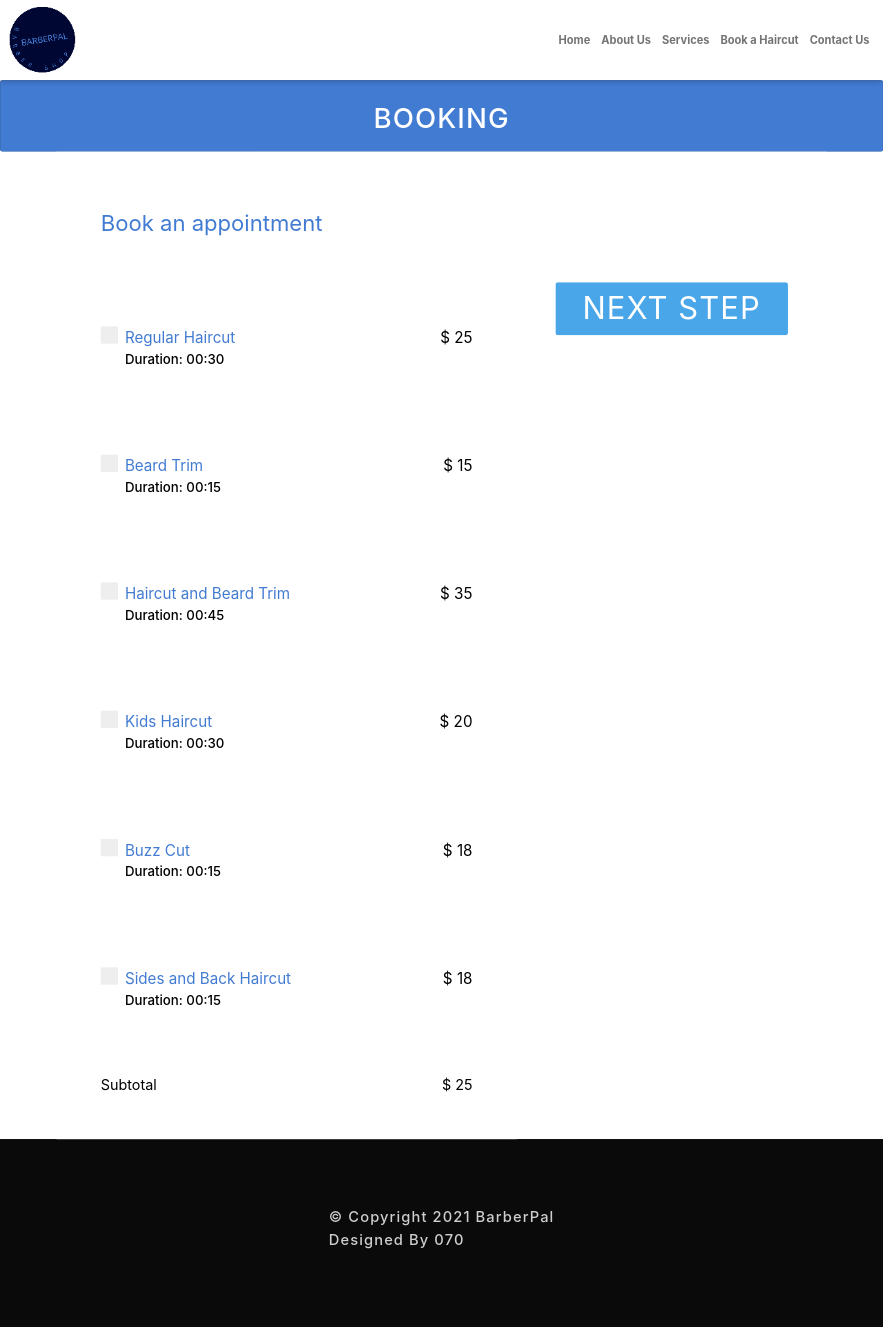
Repository: ofovweewere/haircutPal
Page: /services
These files come from the project's save history. The page is drawn as it stood at one moment and after the next save; the edit follows.
The browser window is 1280 px wide. The pictures show the whole page, at 69% of full size.
The project was rebuilt for these pictures with package versions that can differ from the ones it lists, and the page was loaded fresh each time. Also part of the build but not shown: src/tutorial/0-Practice/bookCut.js, src/tutorial/0-Practice/about.js, src/tutorial/0-Practice/servicesAndProducts.js, src/tutorial/0-Practice/contact.js, src/tutorial/0-Practice/landing.js, src/tutorial/0-Practice/error.js.

Above is the page before, as saved 2022-06-24 14:16:52.

After the next save:
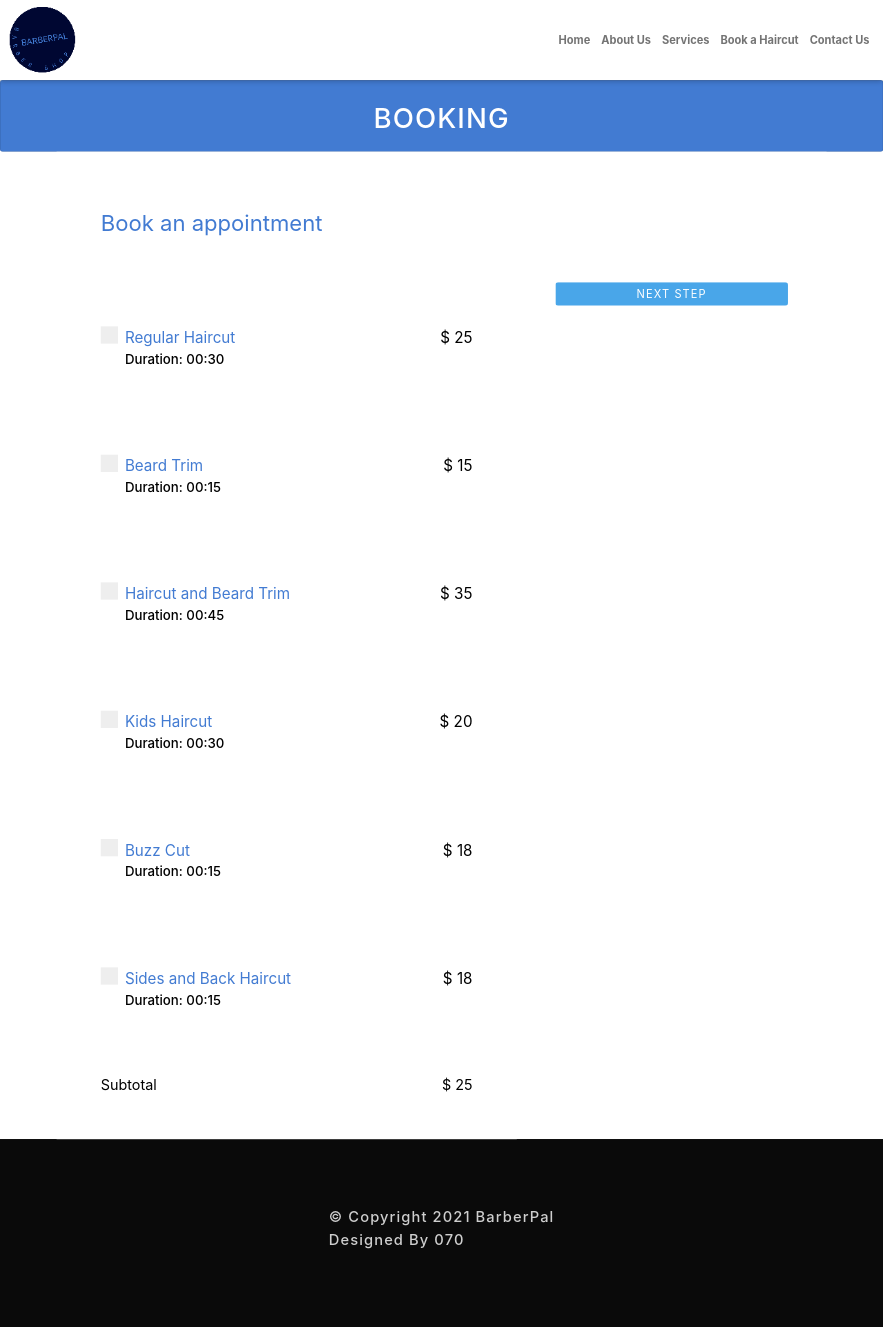
Saved 73 s later.
--- a/src/tutorial/0-Practice/blueButton.js
+++ b/src/tutorial/0-Practice/blueButton.js
@@ -1,6 +1,6 @@
 import React from 'react';
 
-const BlueButton = ({title, description}) => {
+const BlueButton = ({title, textSize, description}) => {
 
 
   return (
@@ -37,7 +37,7 @@ const BlueButton = ({title, description}) => {
               <tbody>
                 <tr class="smallTextTwo" style={{ color: 'black', fontWeight: 'normal' }}>
                   <td style={{display:'flex'}}>
-                     <button className="btn" style={{ fontSize: '2.8rem', flexGrow: '1', marginTop:'0' }}>
+                     <button className="btn" style={{ fontSize: textSize, flexGrow: '1', marginTop:'0' }}>
                        {title}
                     </button>
                   </td>
